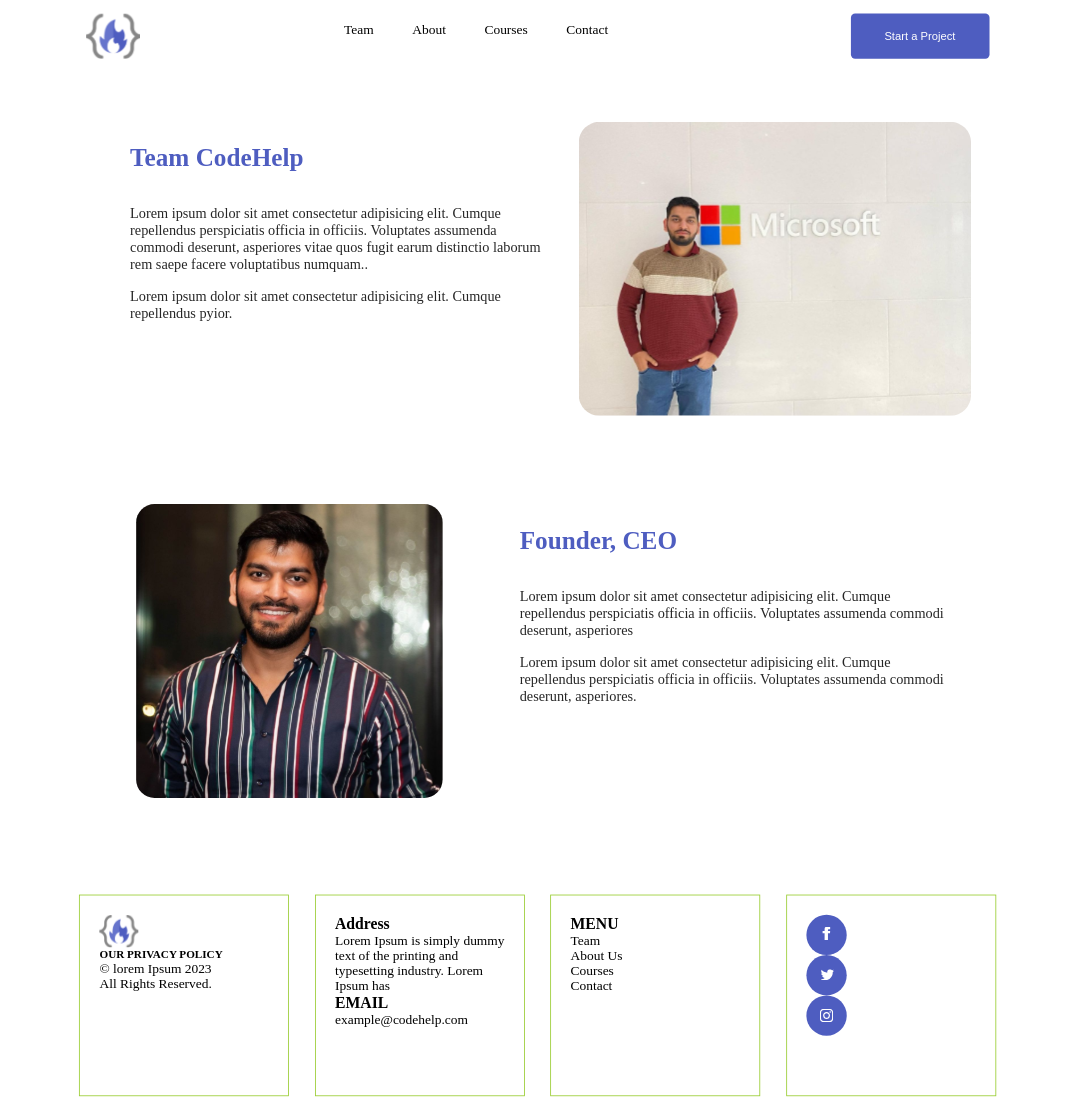
Repository: PraffulPatel27/Codehelp-Mini-Clone
Page: index.html
These files come from the project's save history. The page is drawn as it stood at one moment and after a run of saves; the edit follows.
The browser window is 1280 px wide. The pictures show the whole page, at 84% of full size.

Above is the page before, as saved 2024-02-26 01:19:37.

After the next 3 saves:
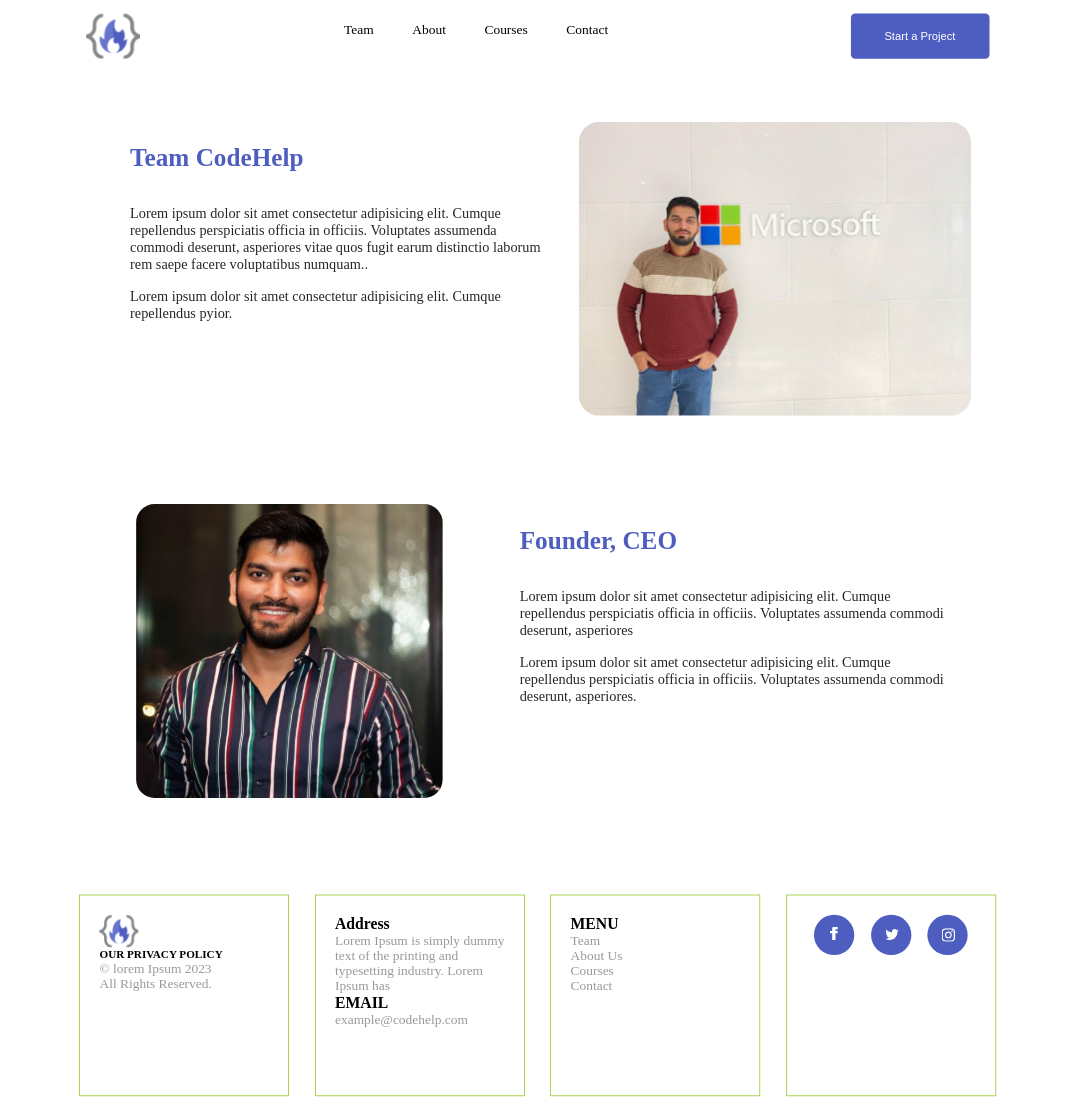
The 3 saves are shown as one change because they came seconds apart.
The last was saved 10 s later.
--- a/style.css
+++ b/style.css
@@ -155,7 +155,9 @@
     width: 23%;
 }
 
-.
+.main-head-footer-container p {
+    color: rgba(153, 153, 153, 1);
+}
 
 .social {
     display: flex;
